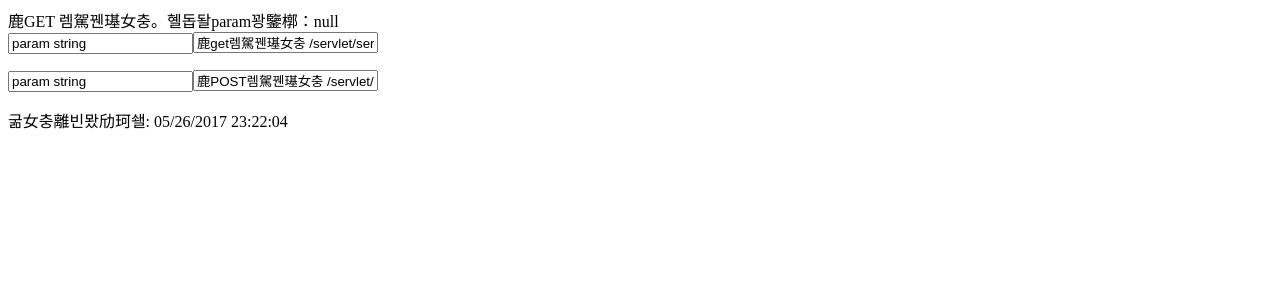
Repository: yksdy/yksdy
Page: http://localhost/servlet/servlet/FirstServlet
An editor plug-in stored every save of this project. The page is shown before and after the next save, followed by the edit.
The browser window is 1280 px wide. The pictures show the whole page.
The page is served by Tomcat 9. Other server files are loaded and not shown.

Above is the page before, as saved 2017-05-26 23:54:29.

### LongLeg/servlet/src/servlet/FirstServlet.java
package servlet;

import java.io.IOException;
import java.io.PrintWriter;

import javax.servlet.ServletException;
import javax.servlet.http.HttpServlet;
import javax.servlet.http.HttpServletRequest;
import javax.servlet.http.HttpServletResponse;

public class FirstServlet extends HttpServlet {

	/**
	 * The doGet method of the servlet. <br>
	 *
	 * This method is called when a form has its tag value method equals to get.
	 *
	 * @param request the request send by the client to the server
	 * @param response the response send by the server to the client
	 * @throws ServletException if an error occurred
	 * @throws IOException if an error occurred
	 */
	public void doGet(HttpServletRequest request, HttpServletResponse response)
			throws ServletException, IOException {
		this.log("獵契 doGet 렘랬...");
		this.execute(request,response);
/*
		response.setContentType("text/html");
		PrintWriter out = response.getWriter();
		out.println("<!DOCTYPE HTML PUBLIC \"-//W3C//DTD HTML 4.01 Transitional//EN\">");
		out.println("<HTML>");
		out.println("  <HEAD><TITLE>A Servlet</TITLE></HEAD>");
		out.println("  <BODY>");
		out.print("    This is ");
		out.print(this.getClass());
		out.println(", using the GET method");
		out.println("  </BODY>");
		out.println("</HTML>");
		out.flush();
		out.close();
		*/
	}

	/**
	 * The doPost method of the servlet. <br>
	 *
	 * This method is called when a form has its tag value method equals to post.
	 *
	 * @param request the request send by the client to the server
	 * @param response the response send by the server to the client
	 * @throws ServletException if an error occurred
	 * @throws IOException if an error occurred
	 */
	public void doPost(HttpServletRequest request, HttpServletResponse response)
			throws ServletException, IOException {
		this.log("獵契 doGet 렘랬...");
		this.execute(request,response);
/*
		response.setContentType("text/html");
		PrintWriter out = response.getWriter();
		out.println("<!DOCTYPE HTML PUBLIC \"-//W3C//DTD HTML 4.01 Transitional//EN\">");
		out.println("<HTML>");
		out.println("  <HEAD><TITLE>A Servlet</TITLE></HEAD>");
		out.println("  <BODY>");
		out.print("    This is ");
		out.print(this.getClass());
		out.println(", using the POST method");
		out.println("  </BODY>");
		out.println("</HTML>");
		out.flush();
		out.close();
		*/
	}
	@Override
	public long getLastModified(HttpServletRequest request) {
		this.log("獵契 getLastModified 렘랬...");
		return -1;
	}
	private void execute(HttpServletRequest request, HttpServletResponse response)
			throws ServletException, IOException {
		response.setCharacterEncoding("UTF-8");
		request.setCharacterEncoding("UTF-8");
		String requestURI = request.getRequestURI();
		String method = request.getMethod();
		String param = request.getParameter("param");

		response.setContentType("text/html");
		PrintWriter out = response.getWriter();
		out.println("<!DOCTYPE HTML PUBLIC \"-//W3C//DTD HTML 4.01 Transitional//EN\">");
		out.println("<HTML>");
		out.println("  <HEAD><TITLE>A Servlet</TITLE></HEAD>");
		out.println("  <BODY>");

		out.println("鹿"+method+" 렘駕꿴璂女충。혤돕돨param꽝鑒槨："+param+"<br/>");

		out.println("<form action='"+requestURI+"'method='get'> "
				+ "<input type='text' name='param' value='param string'>"
				+ "<input type = 'submet' value='鹿get렘駕꿴璂女충 "+requestURI
				+ "'></form>");
		out.println("<form action='"+requestURI+"'method='post'> "
				+ "<input type='text' name='param' value='param string'>"
				+ "<input type = 'submet' value='鹿POST렘駕꿴璂女충 "+requestURI
				+ "'></form>");

		out.println(" <script>document.write('굶女충離빈뫘劤珂쇌: '+document.lastModified);</script>");

		out.println("  </BODY>");
		out.println("</HTML>");
		out.flush();
		out.close();
	}

}

After the next save:
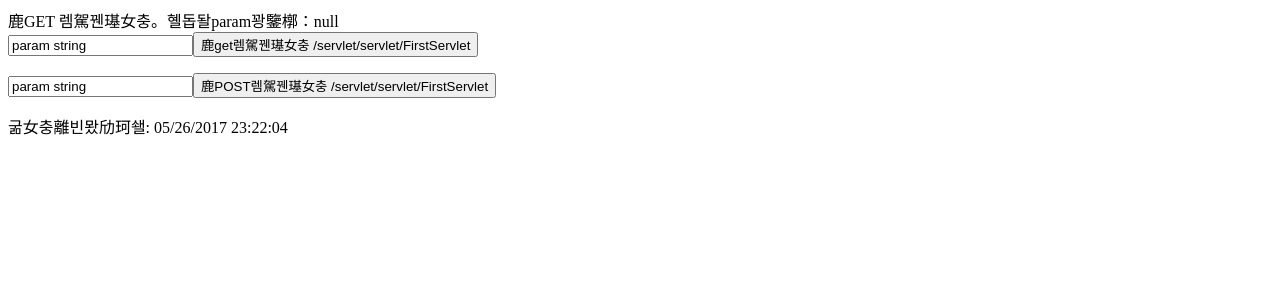
Saved 13 min 25 s later.
--- a/LongLeg/servlet/src/servlet/FirstServlet.java
+++ b/LongLeg/servlet/src/servlet/FirstServlet.java
@@ -95,11 +95,11 @@ public class FirstServlet extends HttpServlet {
 
 		out.println("<form action='"+requestURI+"'method='get'> "
 				+ "<input type='text' name='param' value='param string'>"
-				+ "<input type = 'submet' value='鹿get렘駕꿴璂女충 "+requestURI
+				+ "<input type = 'submit' value='鹿get렘駕꿴璂女충 "+requestURI
 				+ "'></form>");
 		out.println("<form action='"+requestURI+"'method='post'> "
 				+ "<input type='text' name='param' value='param string'>"
-				+ "<input type = 'submet' value='鹿POST렘駕꿴璂女충 "+requestURI
+				+ "<input type = 'submit' value='鹿POST렘駕꿴璂女충 "+requestURI
 				+ "'></form>");
 
 		out.println(" <script>document.write('굶女충離빈뫘劤珂쇌: '+document.lastModified);</script>");
